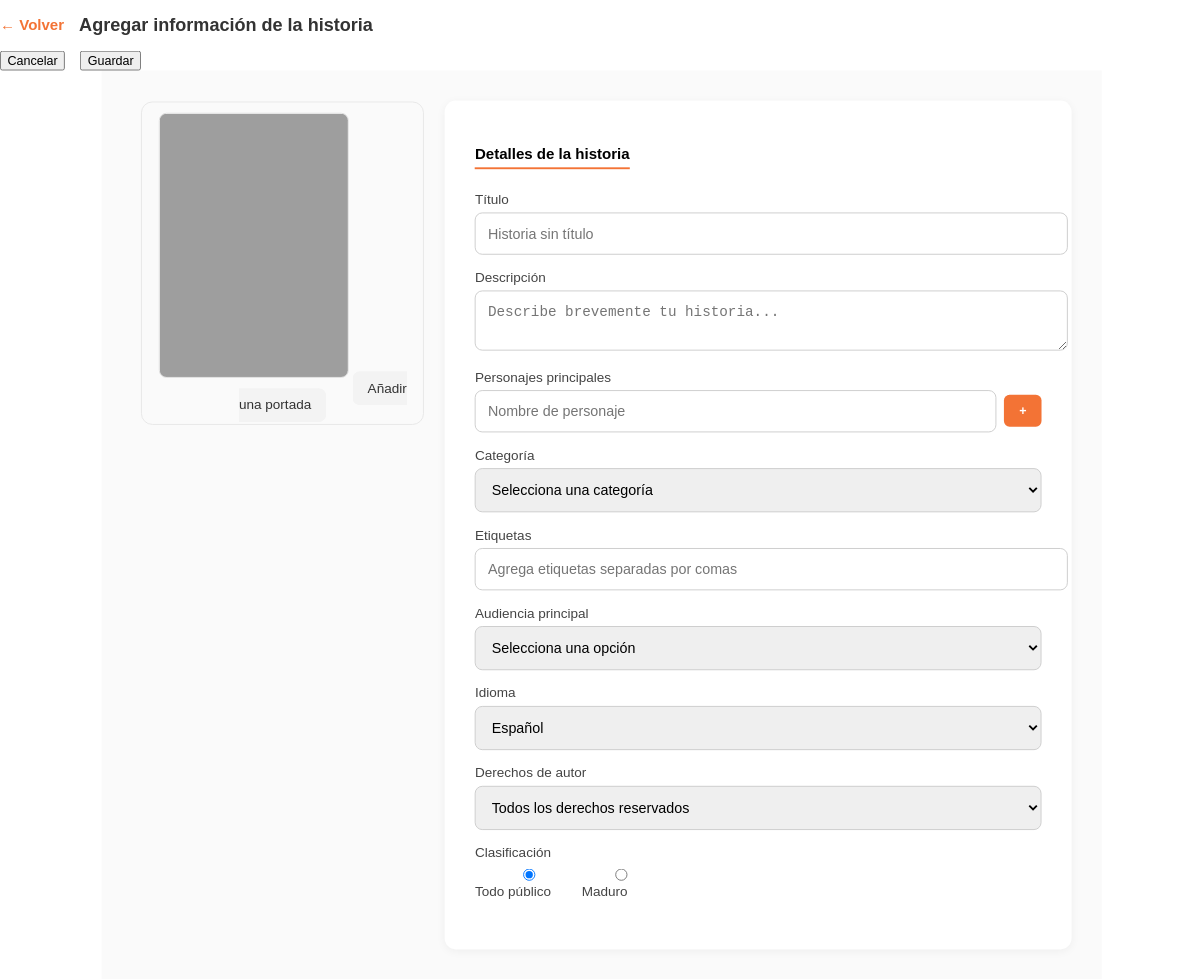
Repository: Mellowdarkl/willpig_studio
Page: .env/html_backup/indexNtfic.html
These files come from the project's save history. The page is drawn as it stood at one moment and after the next save; the edit follows.
The browser window is 1280 px wide. The pictures show the whole page, at 94% of full size.
Pictures or frames that could not be fetched are drawn as grey boxes.

Above is the page before, as saved 2025-11-11 11:28:34.

After the next save:
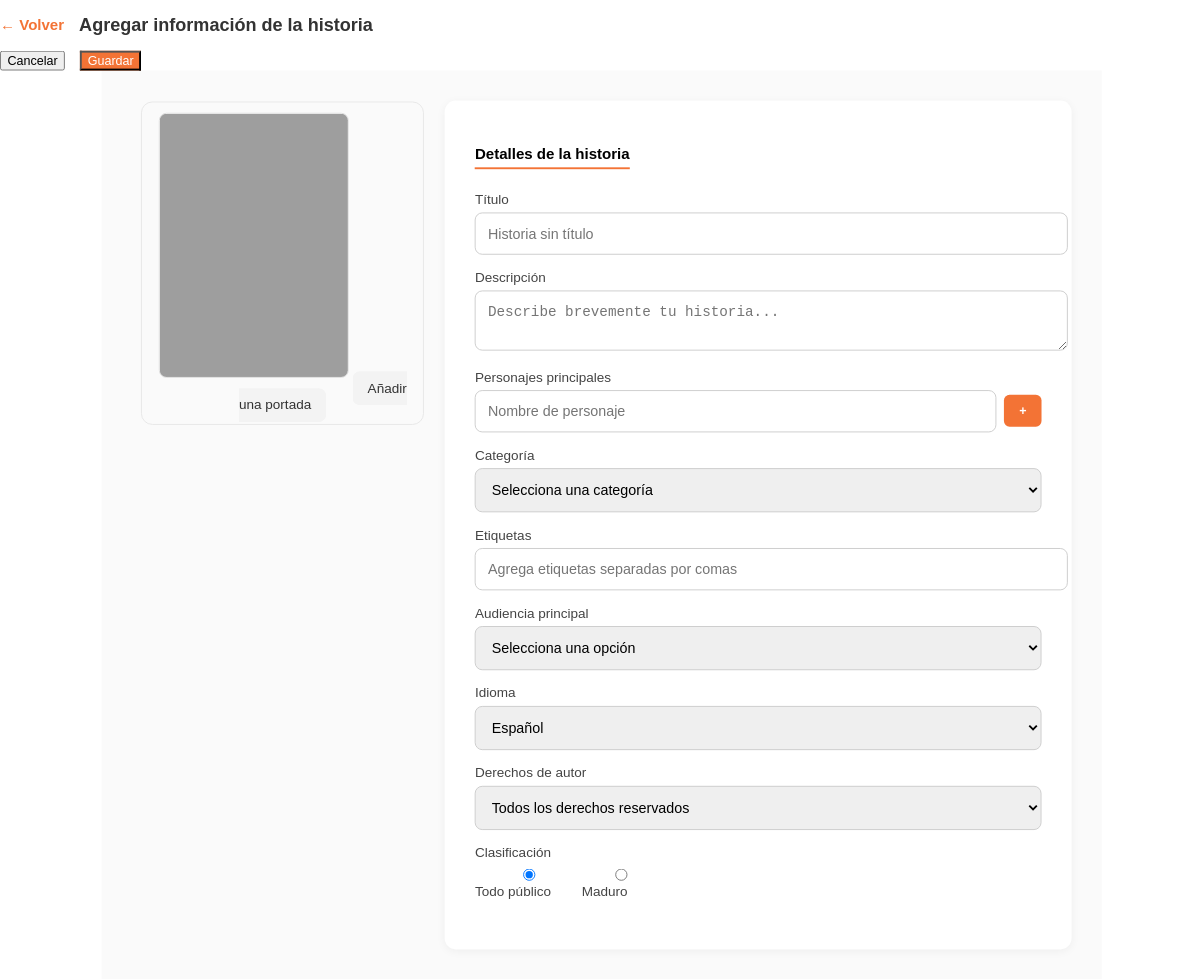
Saved 12 s later.
--- a/.env/html_backup/style1.2.css
+++ b/.env/html_backup/style1.2.css
@@ -1055,7 +1055,7 @@ social-btn google img {
 
 .btn-canceler:hover { background: #e5e5e5; }
 
-.btn-save {
+.btn-savever {
   background: var(--accent-color, #f37335);
   color: white;
 }
